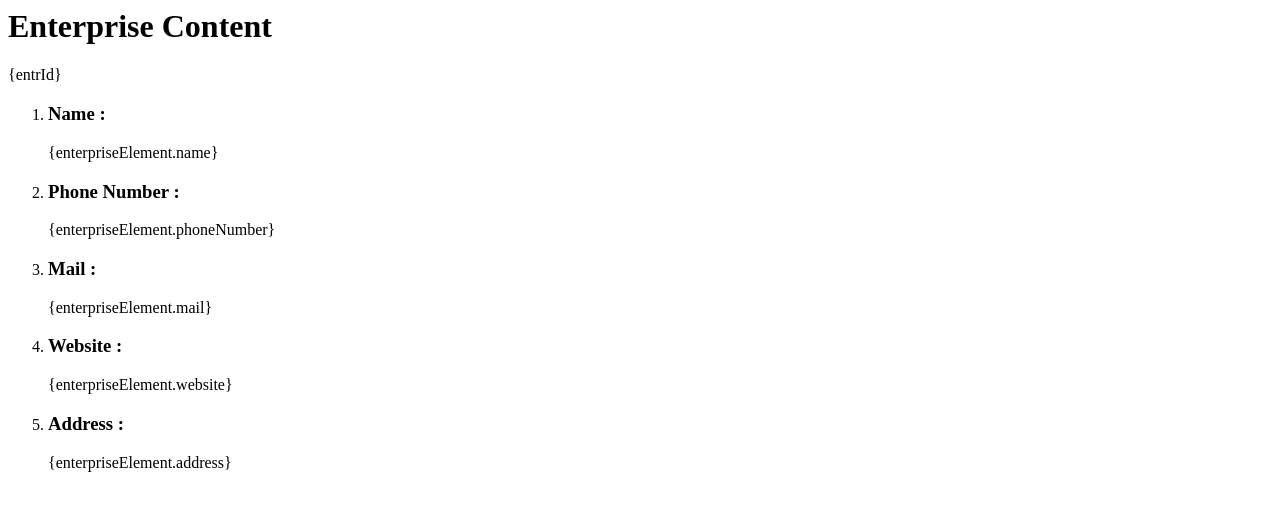
Repository: afif-dhaw/extension-builder
Page: extensions/formation/Resources/Private/Templates/Content/Enterprise.html
An editor plug-in stored every save of this project. The page is shown before and after the next save, followed by the edit.
The browser window is 1280 px wide. The pictures show the whole page.

Above is the page before, as saved 2023-03-27 12:07:44.

### extensions/formation/Resources/Private/Templates/Content/Enterprise.html
<html data-namespace-typo3-fluid="true" xmlns:f="http://typo3.org/ns/TYPO3Fluid/Fluid/ViewHelpers"
  xmlns:v="http://typo3.org/ns/FluidTYPO3/Vhs/ViewHelpers" xmlns:flux="http://typo3.org/ns/FluidTYPO3/Flux/ViewHelpers"
  xmlns:p="Filter\Filter\ViewHelpers">

<f:layout name="Default" />

<f:section name="Configuration">
  <flux:form id="enterprise" label="Enterprise Content" description="Enterprise Content">

  </flux:form>
</f:section>

<f:section name="Preview">
  <h1>Enterprise Content</h1>
</f:section>

<f:section name="Main">
  <f:variable name="entrId" value="{p:enterprise(enterpriseId: enterpriseId)}"></f:variable>
  <f:debug>{entrId}</f:debug>
  <ol>
    <li>
      <h3>Name : </h3>{enterpriseElement.name}
    </li>
    <li>
      <h3>Phone Number : </h3>{enterpriseElement.phoneNumber}
    </li>
    <li>
      <h3>Mail : </h3>{enterpriseElement.mail}
    </li>
    <li>
      <h3>Website : </h3>{enterpriseElement.website}
    </li>
    <li>
      <h3>Address : </h3>{enterpriseElement.address}
    </li>
  </ol>
</f:section>

</html>

After the next save:
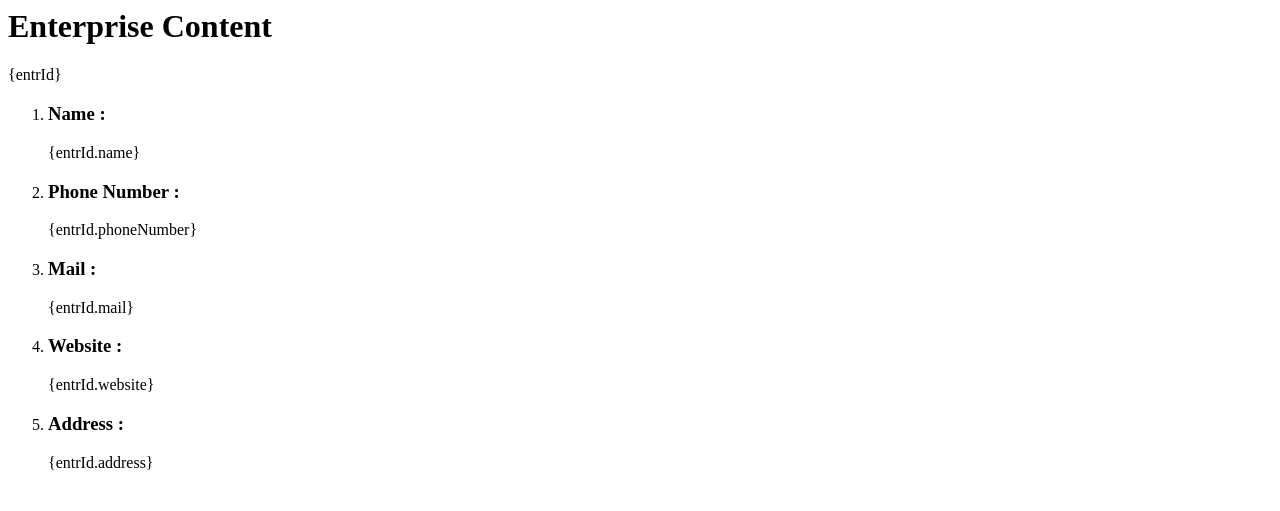
Saved 17 s later.
--- a/extensions/formation/Resources/Private/Templates/Content/Enterprise.html
+++ b/extensions/formation/Resources/Private/Templates/Content/Enterprise.html
@@ -19,19 +19,19 @@
   <f:debug>{entrId}</f:debug>
   <ol>
     <li>
-      <h3>Name : </h3>{enterpriseElement.name}
+      <h3>Name : </h3>{entrId.name}
     </li>
     <li>
-      <h3>Phone Number : </h3>{enterpriseElement.phoneNumber}
+      <h3>Phone Number : </h3>{entrId.phoneNumber}
     </li>
     <li>
-      <h3>Mail : </h3>{enterpriseElement.mail}
+      <h3>Mail : </h3>{entrId.mail}
     </li>
     <li>
-      <h3>Website : </h3>{enterpriseElement.website}
+      <h3>Website : </h3>{entrId.website}
     </li>
     <li>
-      <h3>Address : </h3>{enterpriseElement.address}
+      <h3>Address : </h3>{entrId.address}
     </li>
   </ol>
 </f:section>
